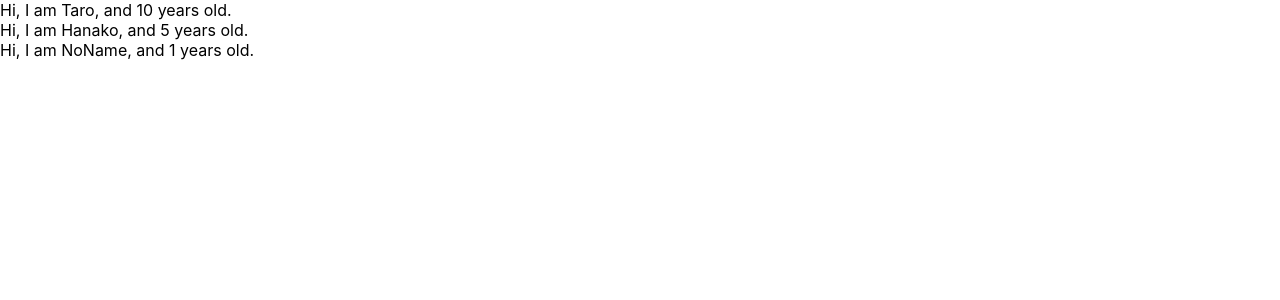
Repository: Tyomu/udemy-react-redux
Page: /
These files come from the project's save history. The page is drawn as it stood at one moment and after the next save; the edit follows.
The browser window is 1280 px wide. The pictures show the whole page.
The project was rebuilt for these pictures with package versions that can differ from the ones it lists, and the page was loaded fresh each time.

Above is the page before, as saved 2019-02-04 11:55:15.

### src/App.js
import React from 'react';
import PropTypes from 'prop-types'

const App = () => {
  const profiles = [
    { name: "Taro", age: 10 },
    { name: "Hanako", age: 5 },
    { name: "NoName" }
  ];
  return (
    <div>
      {
        profiles.map((profile, index) => {
          return <User name={profile.name} age={profile.age} key={index} />
        })
      }
    </div>
  )
}

const User = (props) => {
  return <div>Hi, I am {props.name}, and {props.age} years old.</div>
}

User.defaultProps = {
  age: 1
}

export default App;

Loaded but not shown: public/index.html (common file); src/index.js (common file); src/index.css (common file); src/serviceWorker.js (common file)

After the next save:
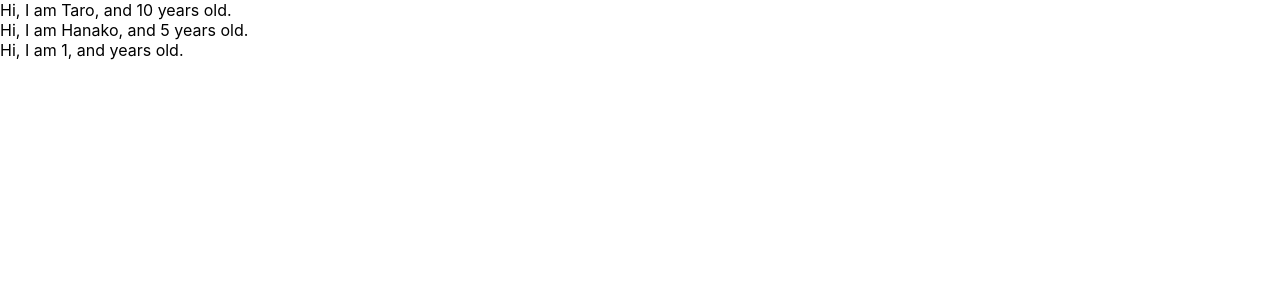
Saved 82 s later.
--- a/src/App.js
+++ b/src/App.js
@@ -5,7 +5,7 @@ const App = () => {
   const profiles = [
     { name: "Taro", age: 10 },
     { name: "Hanako", age: 5 },
-    { name: "NoName" }
+    { name: 1 }
   ];
   return (
     <div>
@@ -22,8 +22,7 @@ const User = (props) => {
   return <div>Hi, I am {props.name}, and {props.age} years old.</div>
 }
 
-User.defaultProps = {
-  age: 1
+User.PropTypes = {
+  name: PropTypes.string
 }
-
 export default App;
